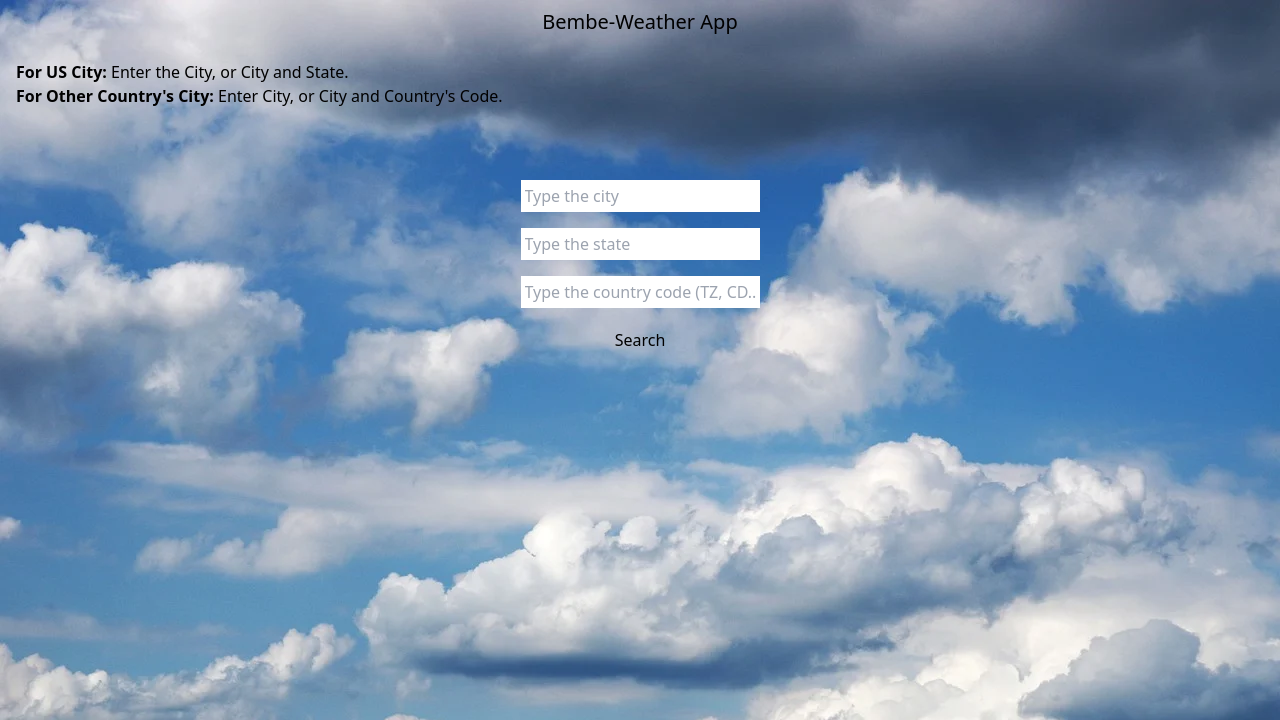
Repository: ShindanoSingi/bembe-weather
Page: /
The author's editor kept a copy of each file at every save. The page is drawn from the files as they stood at one save, then again after the next save.
The browser window is 1280 px wide. The pictures show the whole page.
The page's requests for data from a server got no answer. The project was rebuilt for these pictures with package versions that can differ from the ones it lists, and the page was loaded fresh each time. No one was signed in, and anything a server would have sent is missing.

Above is the page before, as saved 2022-09-14 03:15:02.

### public/index.html
<!DOCTYPE html>
<html lang="en">

<head>
  <meta charset="utf-8" />
  <link rel="icon" href="%PUBLIC_URL%/favicon.ico" />
  <meta name="viewport" content="width=device-width, initial-scale=1" />
  <meta name="theme-color" content="#000000" />
  <meta name="description" content="Web site created using create-react-app" />
  <link rel="apple-touch-icon" href="%PUBLIC_URL%/logo192.png" />
  <!--
      manifest.json provides metadata used when your web app is installed on a
      user's mobile device or desktop. See https://developers.google.com/web/fundamentals/web-app-manifest/
    -->
  <link rel="manifest" href="%PUBLIC_URL%/manifest.json" />
  <!--
      Notice the use of %PUBLIC_URL% in the tags above.
      It will be replaced with the URL of the `public` folder during the build.
      Only files inside the `public` folder can be referenced from the HTML.

      Unlike "/favicon.ico" or "favicon.ico", "%PUBLIC_URL%/favicon.ico" will
      work correctly both with client-side routing and a non-root public URL.
      Learn how to configure a non-root public URL by running `npm run build`.
    -->
  <title>React Weather</title>
</head>

<body>
  <noscript>You need to enable JavaScript to run this app.</noscript>
  <div id="root"></div>
  <!--
      This HTML file is a template.
      If you open it directly in the browser, you will see an empty page.

      You can add webfonts, meta tags, or analytics to this file.
      The build step will place the bundled scripts into the <body> tag.

      To begin the development, run `npm start` or `yarn start`.
      To create a production bundle, use `npm run build` or `yarn build`.
    -->
</body>

</html>

### src/components/SearchForm.js
import React from "react";

const SearchForm = ({
  city,
  state,
  country,
  handleSubmit,
  handleChangeCity,
  handleChangeState,
  handleChangeCountry,
}) => {
  return (
    <div >
      <form className="form-container" onSubmit={handleSubmit} d-flex>
        <div className="flex flex-col items-center gap-4 form-container">
          <div className="flex flex-col gap-4">
          <input
          className="p-1 mx-2 cityInput"
          placeholder="Type the city"
          type="text"
          name="SearchString"
          onChange={handleChangeCity}
          value={city}
          required
        />

        {/* Country input */}
        <input
          className="p-1 mx-2 countryInput"
          placeholder="Type the state"
          type="text"
          name="SearchString"
          onChange={handleChangeState}
          value={state}
        />

        {/* Country input */}
        <input
          className="p-1 mx-2 countryInput"
          placeholder="Type the country code (TZ, CD...)"
          type="text"
          name="SearchString"
          onChange={handleChangeCountry}
          value={country}
        />
          </div>
          <button className="w-24 p-1 submitButton" type="submit">
          Search
        </button>
        </div>

        {/* City Input */}



      </form>
    </div>
  );
};

export default SearchForm;

Loaded but not shown: src/index.js (common file); src/index.css (common file); tailwind.config.js (common file); src/components/weatherPage.js (255 lines, source omitted); src/App.js (116 lines, source omitted); src/App.css (1402 lines, source omitted)

After the next save:
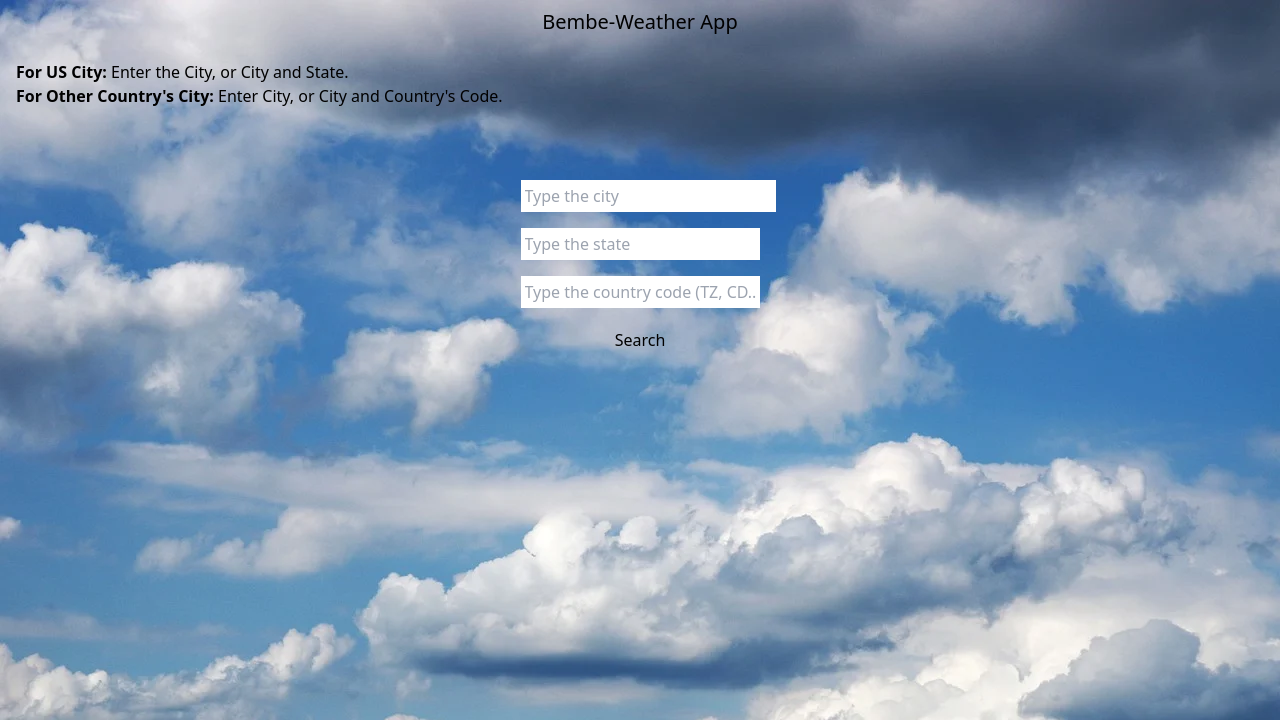
Saved 48 s later.
--- a/src/components/SearchForm.js
+++ b/src/components/SearchForm.js
@@ -15,7 +15,7 @@
         <div className="flex flex-col items-center gap-4 form-container">
           <div className="flex flex-col gap-4">
           <input
-          className="p-1 mx-2 cityInput"
+          className="w-full p-1 mx-2 cityInput"
           placeholder="Type the city"
           type="text"
           name="SearchString"
